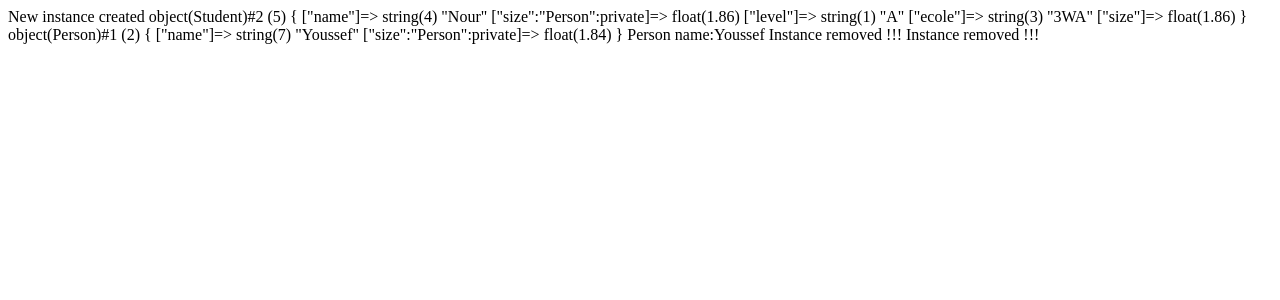
Repository: FS-23/php-getstarted
Page: http://localhost/oop/index.php
These files come from the project's save history. The page is drawn as it stood at one moment and after the next save; the edit follows.
The browser window is 1280 px wide. The pictures show the whole page.
The page is run by PHP 8.4 with error messages shown; the project is at /var/www/html/.

Above is the page before, as saved 2022-05-31 10:43:13.

After the next save:
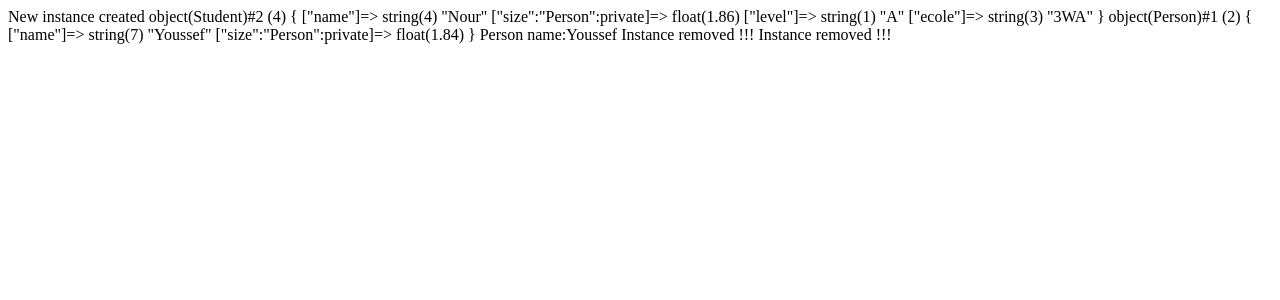
Saved 9 min 1 s later.
--- a/demoAPP/oop/index.php
+++ b/demoAPP/oop/index.php
@@ -31,8 +31,6 @@
      function __construct($name , $size , $level ,$ecole){
          //super($name , $size );
          parent::construct($name , $size);
-         $this -> name = $name;
-         $this -> size = $size;
          $this -> level = $level;
          $this -> ecole = $ecole;
      }
